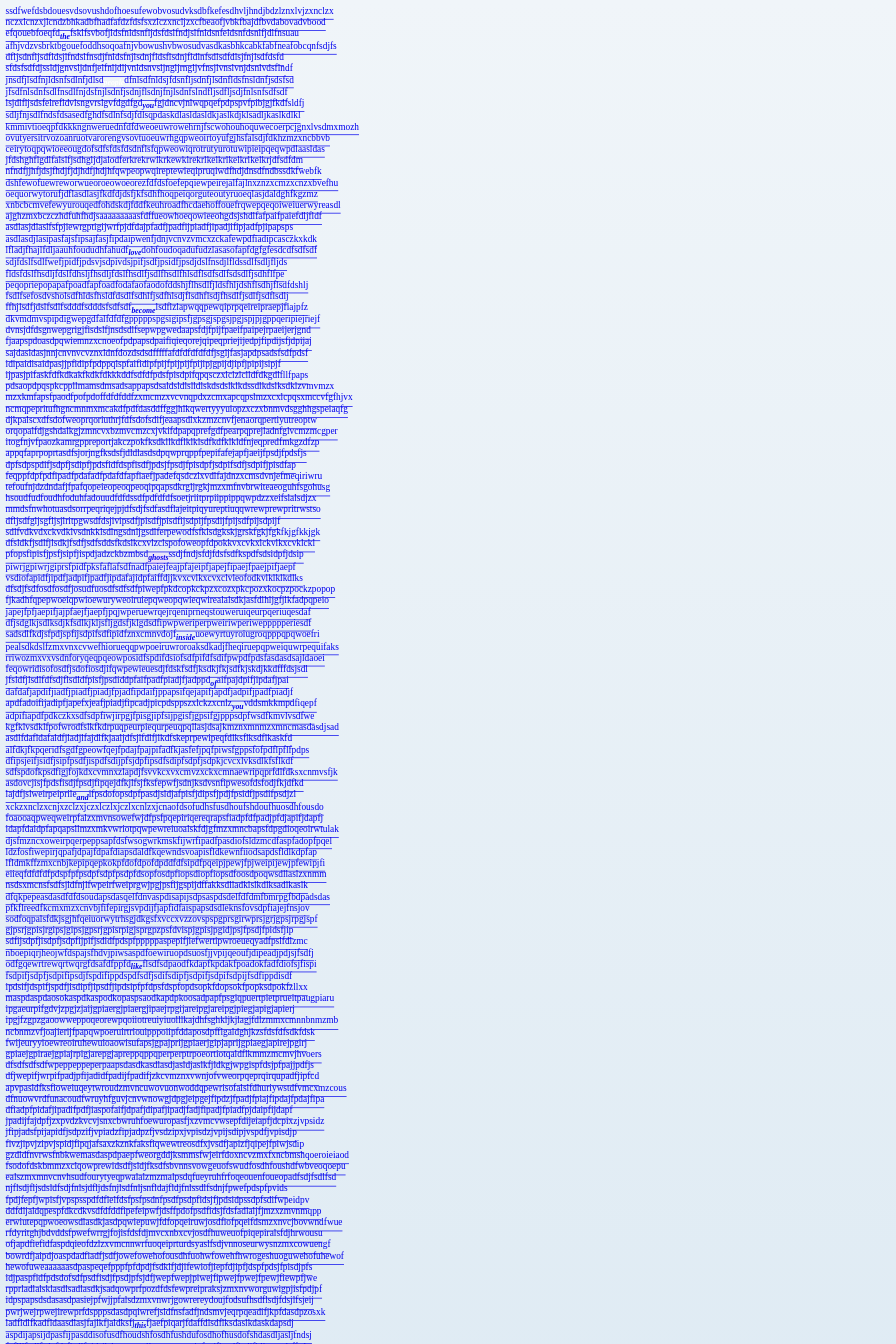
Repository: zhanj122/zhanj122.github.io
Page: composition/composition_revised/composition2_revised.html
The author's editor kept a record of every edit. The page is drawn from the files as they stood at one moment, then again after the next edit.
The browser window is 1280 px wide. The pictures show the part of the page from y = 0 to 1920 px (the page is 2603 px tall before and 1677 px after), at 70% of full size.

Above is the page before.

### composition/composition_revised/composition2_revised.html
<html>

  <head>
  <title>ghosts</title>
  <link href="styles.css" rel="stylesheet" type="text/css" />
  </head>

  <body>

  <div id="intro">
    <div class="box"><a href="ghosts_robert_montgomery.jpeg" />
  <sup>
  ssdfwefdsbdouesvdsovushdofhoesufewobvosudvksdbfkefesdhvljhndjbdzlznxlvjzxnclzx <br>
  nczxlcnzxjlcndzbhkadbfhadfafdzfdsfsxzlczxncljzxcfbeaofjvbkfbajdfbvdabovadvbood <br>
  efqouebfoeqfd<span class="hvr-bob"><sub><strong><em>the</em></strong></sub></span>fsklfsvbofjldsfnldsnfljdsfdslfndjslfnldsnfeldsnfdsnlfjdlfnsuau <br>
  afhjvdzvsbrktbgouefoddhsoqoafnjvbowushvbwosudvasdkasbhkcabkfabfneafobcqnfsdjfs <br>
  dfljsdnfljsdfldsjlfndslfnsdjfnldsfnjlsdnjfldsflsdnjfldlnfsdlsdfdlsjfnjlsdfdsfd <br>
  sfdsfsdfdjssldjgnvsljdnfjelfnljdljvnldsnvsljngljrngljvfnsjlvnslvnjdsnlvdsflndf <br>
  jnsdfjlsdfnjldsnfsdlnfjdlsd<span class="people"><sub><strong><em>people</em></strong></sub></span>dfnlsdfnldsjfdsnfljsdnfjlsdnfldsfnsldnfjsdsfsd <br>
  jfsdfnlsdnfsdlfnsdlfnjdsfnjlsdnfjsdnjflsdnjfnjlsdnfslndfljsdfljsdjfnlsnfsdfsdf <br>
  lsjdlfljsdsfelrefldvlsngvrslgvfdgdfgd<sub><strong><em>you</em></strong></sub>fgjdncvjnlwqpqefpdpspvfpibjgjfkdfsldfj <br>
  sdljfnjsdlfndsfdsasedfghdfsdlnfsdjfdlsqpdaskdlasldasldkjaslkdjklsadljkaslkdlkl <br>
  kmmivtioeqpfdkkkngnweruednfdfdweoeuwrowehrnjfscwohouhoquwecoerpcjgnxlvsdmxmozh <br>
  ovutyersitrvozoanruotvarorengvsovtuoeuwrhgqpweoirtoyufgjhsfalsdjfdkhzmzxncbbvb <br>
  ceirytoqpqwioeeougdofsdfsfdsfdsdnflsfqpweowiqrotrutyurotuwipieipqeqwpdlaasldas <br>
  jfdshghflgdlfalslfjsdhgljdjalodferkrekrwlkrkewklrekrlkelkrlkelkrlkelkrjdfsdfdm <br>
  nfndfjjhfjdsjfhdjfjdjhdfjhdjhfqwpeopwqireptewieqipruqiwdfhdjdnsdfndbssdkfwebfk <br>
  dshfewofuewreworwueoroeowoeorezfdfdsfoefepqiewpeirejalfajlnxznzxcmzxcnzxbvefhu <br>
  oequorwytorufjdflasdlasjfkdfdjdsfjkfsdhfhoqpeiqorguteoutyruoeqlasjdaldghfkgzmz <br>
  xnbcbcmvefewyurouqedfohdskdjfddfkeuhroadfhcdaehoffouefrqwepqeqoiweiuerwyreasdl <br>
  ajghzmxbczczhdfuhfhdjsaaaaaaaaasfdffueowhoeqowieeohgdsjshdlfafpaifpaiefdljfldf <br>
  asdlasjdlaslfsfpjiewrgptigijwrfpjdfdajpfadfjpadfijpiadfjipadjifipjadfpjipapsps <br>
  asdlasdjlasipasfajsfipsajfasjfipdaipwenfjdnjvcnvzvmcxzckafewpdfiadipcasczkxkdk <br>
  lfladjfhajlfdljaauhfoududhfahudf<sub><strong><em>love</em></strong></sub>dohfoudoqadufudzlasasofapfdgfgfesdcdfsdfsdf <br>
  sdjfdslfsdlfwefjpidfjpdsvjsdpivdsjpifjsdfjpsidfjpsdjdslfnsdjlfldssdlfsdljfljds <br>
  fldsfdslfhsdljfdslfdhsljfhsdljfdslfhsdlfjsdlfhsdlfhlsdflsdfsdlfsdsdlfjsdhflfpe <br>
  peqopriepopapafpoadfapfoadfodafaofaodofddshjflhsdlfjldsfhljdshflsdhjflsdfdshlj <br>
  fsdlfsefosdvsholsdfhldsfhsldfdsdlfsdhlfjsdfhlsdjflsdhflsdjfhsdlfjsdlfjsdflsdlj <br>
  ffhjlsdfjdslfsdlfsdddfsdddsfsdfsdf<sub><strong><em>become</em></strong></sub>lsdflzlapwqqpewqiprpqeireipraepjfiajpfz <br>
  dkvmdmvspipdigwepgdfalfdfdfgpppppspgsigipsfjgpsgjspgsjpgjspjpjgppqeripiejriejf <br>
  dvnsjdfdsgnwepgrigjfisdslfjnsdsdlfsepwpgwedaapsfdjfpijfpaeifpaipejrpaeijerjgnd <br>
  fjaapspdoasdpqwiemnzxcnoeofpdpapsdpaifiqieqorejqipeqpriejijedpjfipdijsfjdpijaj <br>
  sajdasldasjnnjcnvnvcvznxldnfdozdsdsdfffffafdfdfdfdfdfjsgljfasjapdpsadsfsdfpdsf <br>
  idipaidisaidpasjjpfidipfpdppqlspfaifidipfpijfpijpijfpijipjgpijdjipfjpipijsipjf <br>
  ijpasjpifaskfdfkdkakfkdkfdkkkddfsdfdfpdsfpisdpifqpqsczxlclzlclldfdkgdlfllfpaps <br>
  pdsaopdpqspkcppllmamsdmsadsappapsdsaldsldlslldlskdsdslklkdssdlkdslksdklzvmvmzx <br>
  mzxkmfapsfpaodfpofpdoffdfdfddfzxmcmzxvcvnqpdxzcmxapcqpslmzxcxlcpqsxmccvfgfhjvx <br>
  ncmqpepritufhgncmnmxmcakdfpdfdasddffggjhlkqwertyyyuiopzxczxbnmvdsgghhgspeiaqfg <br>
  djkpalscxdfsdofweoprqoriuthrjfdfsdofsdifjeaapsdlxkzmzcnvfjenaorqpertiyutreoptw <br>
  orqopalfdjgshdalkgjzmncvxbzmvcmzcxjvkifdpapqprefgdfpearpqprejladnfglvcmzmcgper <br>
  itogfnjvfpaozkamrgppreportjakczpokfksdkllkdflklklsdfkdfklkldfnjeqpredfmkgzdfzp <br>
  appqfaprpoprtasdfsjorjngfksdsfjdldlasdsdpqwprqppfpepifafejapfjaeijfpsdjfpdsfjs <br>
  dpfsdpspdifjsdpfjsdipfjpdsfidfdspfisdfjpdsjfpsdjfpisdpfjsdpifsdfjsdpifjpisdfap <br>
  feqppfdpfpdfipadfpdafadfpdafdfapfiaefjpadefqsdczlxvdlfajdnzxcmsdvnjefmeqiriwru <br>
  tefoufnjdzdndafjfpafqopeieopeoqpeoqipqapsdkrgljrgkjmzxmfnvbrwiteaeoguhfsgohusg <br>
  hsoudfudfoudhfoduhfadouudfdfdssdfpdfdfdfsoetjriitprpiippippqwpdzzxeifslalsdjzx <br>
  mmdsfnwhotuasdsorrpeqriqejpjdfsdjfsdfasdflajeitpiqyureptiuqqwrewprewpritrwstso <br>
  dfljsdfgljsgfljsjlritpgwsdfdsjivipsdfjpisdfjpisdfijsdpijfpsdijfpijsdfpijsdpijf <br>
  sdlfvdkvdxckvdklvsdnkklsdlngsdnljgsdlferpewodfsfklsdgkskjgrskfgkjfgkfkjgfkkjgk <br>
  dfsldkfjsdlfjlsdkjfsdfjsdfsddsfkdslkcxvlzclspofoweopfdpokkvxcvkxlckvlkxcvklckl <br>
  pfopsfipisfjpsfjsipfjispdjadzckbzmbsd<span class="ghosts"><sub><strong><em>ghosts</sub></strong></em></span>ssdjfndjsfdjfdsfsdfkspdfsdsidpfjdsip <br>
  piwrjgpiwrjgiprsfpidfpksfaflafsdfnadfpaiejfeajpfajeipfjapejfipaejfpaejpifjaepf <br>
  vsdiofapidfjipdfjadpifjpadfjipdafajidpfaiffdjjkvxcvlkxcvxclvleofodkvlklklkdlks <br>
  dfsdjfsdfosdfosdfjosudfuosdfsdfsdfpiwepfpkdcopkckpzxcozxpkcpozxkocpzpockzpopop <br>
  fjkadhfqpepwoeiqpwioewuryweoiruiepqweopqwieqwirealalsdkjasfdlhljgfjlkfadpqpeio <br>
  japejfpfjaepifjajpfaejfjaepfjpqjwperuewrqejrqeniprneqstouweruiqeurpqeriuqesdaf <br>
  dfjsdglkjsdlksdjkfsdlkjkljsfljgdsfjklgdsdfipwpweriperpweiriwperiweppppperiesdf <br>
  sadsdlfkdjsfpdjspfijsdpifsdfipidfznxcmnvdojf<sub><strong><em>inside</sub></strong></em>uoewyrtuyroiugroqpppqpqwoefri <br>
  pealsdkdslfzmxvnxcvwefhiorueqqpwpoeiruwroroaksdkadjfheqiruepqpweiquwrpequifaks <br>
  rriwozmxvxvsdnforyqeqpqeowposidfspdifdsiofsdfpifdfsdifpwpdfpdsfasdasdsajldaoei <br>
  feqowridisofosdfjsdofiosdjifqwpewieuesdjfdskfsdfjksdkjfkjsdfkjskdjkkdfffdsjsdl <br>
  jfsldfjlsdlfdfsdjflsdldfpisfjpsdiddpfaifpadfpiadjfjadppd<sub><strong><em>of</sub></strong></em>aifpajdpifjipdafjpai <br>
  dafdafjapdifjiadfjpiadfjpiadjfpjadfipdaifjppapsifqejapifjapdfjadpifjpadfpiadjf <br>
  apdfadoifijadipfjapefxjeafjpiadjfipcadjpicpdsppszxlckzxcnlz<sub><strong><em>you</sub></strong></em>vddsmkkmpdfiqepf <br>
  adpifiapdfpdkczkxsdfsdpfiwjirpgjfpisgjipfsijpgisfjgpsifgjpppsdpfwsdfkmvlvsdfwe <br>
  kgfklvsdklfpofwrodfslkfkdrpuqpeurpiequrpeuqpqllasjdsajkmznxmnmzxmncmasdasdjsad <br>
  asdlfdafldafaldfjladjlfajdlfkjaaljdfsjlfdlfjlkdfskeprpewipeqfdlksflksdflkaskfd <br>
  alfdkjfkpqeridfsgdfgpeowfqejfpdajfpajpifadfkjasfefjpqfpiwsfgppsfofpdflpflfpdps <br>
  dfipsjeifjsidfjsipfpsdfjispdfsdijpfsjdpfipsdfsdipfsdpfjsdpkjcvcxlvksdlkfsflkdf <br>
  sdfspdofkpsdfigjfojkdxcvmnxzlapdjfsvvkcxvxcmvzxckxcmnaewripqprfdlfdksxcnmvsfjk <br>
  asdovcjisjfpdsfisdjfpsdjfipqejdfkjlfsjfksfepwfjsdnjksdvsnfipwesofdsfodjfkjdfkd <br>
  lajdfjslweirpeiprile<sub><strong><em>and</sub></strong></em>ifpsdofopsdpfpasdjsldjafpisfjdipsfjpdjfpsidfjpsdifpsdjzl <br>
  xckzxnclzxcnjxzclzxjczxlczlxjczlxcnlzxjcnaofdsofudhsfusdhoufshdoufhuosdhfousdo <br>
  foaooaqpweqweirpfalzxmvnsowefwjdfpsfpqepiriqereqrapsfiadpfdfpadjpfdjapifjdapfj <br>
  idapfdaidpfapqapsllmzxmkvwriotpqwpewreiuoalskfdjgfmzxmncbapsfdpgdioqeoirwtulak <br>
  djsfmzncxoweirpqerpeppsapfdsfwsogwrkmskfijwrfipadfpasdiofsldzmcdfaspfadopfpqel <br>
  ldzfosfiwepirjqpafjdpajfdpafdiapsdaldfkqewndsvoapisfldkewnfiiodsapdsfldlkdpfap <br>
  lfldmkffzmxcnbjkepipqepkokpfdofdpofdpddfdfsipdfpqeipjpewjfpjweipijewjpfewipjfi <br>
  eiieqfdfdfdfpdspfpfpsdpfsdpfpsdpfdsopfosdpfiopsdiopfiopsdfoosdpoqwsdllaslzxnmm <br>
  nsdsxmcnsfsdfsjldfnjlfwpeirfweiprgwjpgjpsfijgspijdffakksdlladklslkdlksadlkaslk <br>
  dfqkpepeasdasdfdfdsoudapsdasqelfdnvaspdisapijsdpsaspdsdelfdfdmfbmrpgfbdpadsdas <br>
  pfkflreedfkcmxmzxcnvbjfifepirgjsvpdijfjapfidfaispapsdsdleknsfovsdpfiajejfnsjov <br>
  sodfoqpalsfdkjsgjhfqeiuorwytrhsgjdkgsfxvccxvzzovspspgprsgirwprsjgrjgpsjrpgjspf <br>
  gjpsrjgpisjrgipsjgipsjgpsrjgpisrpigjsprgpzpsfdvispjgpisjpgidjpsjfpsdjfpidsfjip <br>
  sdfijsdpfjisdpfjsdpfijpifjsdidfpdspfpppppaspepifjiefwertipwroeueqyadfpslfdlzmc <br>
  nboepiqrjheojwfdspajsfhdvjpiwsaspdfoewiruopdsuosfjjvpijqeoufjdipeadjpdjsjfsdfj <br>
  odfgqewrtrewqrtwqrgfdsafdfppfd<sub><strong><em>like</sub></strong></em>flsdfsdpaodfkdapfkpdakfpoadokfadfdiofsjfispi <br>
  fsdpifjsdpfjsdpifipsdjfspdifippdspdfsdfjsdifsdipfjsdpifjsdpifsdpijfsdfippdisdf <br>
  ipdsifjdspifjspdfjisdipfjipsdfjipdsipfpfdpsfdspfopdsopkfdopsokfpopksdpokfzllxx <br>
  maspdaspdaosokaspdkaspodkopaspsaodkapdpkoosadpapfpsgiqpuertpietprueitpaugpiaru <br>
  ipgaeurpifgdvjzpgjzjaijgpiaergjpiaergjipaejrpgijareipgjareipgjpiegjapigjapierj <br>
  ipgjfzgpzgaoowweppoqeorewpqoiiotreuiyiuolllkajdhfsghkljkjlagjfdlzmmxcmnnbnmzmb <br>
  ncbnmzvfjoajierijfpapqwpoeruirtriouipppoiipfddaposdpfflgaldghjkzsfdsfdfsdkfdsk <br>
  fwijeuryyioewreoiruhewuioaowisufapsjgpajprijgpiaerjgipjaprijgpiaegjapirejpgirj <br>
  gpiaejgpiraejgpiajrpigjarepgjapreppqppqperperptrpoeortiotqaldflkmmzmcmvjhvoers <br>
  dfsdfsdfsdfwpeppeppeperpaapsdasdkasdlasdjasldjaslkfjldkgjwpgispfdsjpfpajjpdfjs <br>
  dfjwepifjwrpifpadjpfijadidfpadijfpadifjzkcvmznxvwnjofvweorpqeprqirqupadfjipfcd <br>
  apvpasldfksfioweiuqeytwroudzmvncuwovuonwoddqpewrisofalslfdhuriywstdfvmcxmzcous <br>
  dfnuowvrdfunacoudfwruyhfguvjcnvwnowgjdpgjeipgejfipdzjfpadjfpiajfipdajfpdajfipa <br>
  dfiadpfpidafjipadifpdfjiaspofaifjdpafjdipafjipadjfadjfipadjfpiadfpjdaipfijdapf <br>
  jpadijfajdpfjzxpvdzkvcvjsnxcbwruhfoewuropasfjxzvmcvwsepfdijeiapfjdcpixzjvpsidz <br>
  jfipjadsfpijapidfjsdpzifjvpiadzfipjadpzfjvsdzipxjvpisdzjvpijsdipjvspdfjvpisdjp <br>
  fivzjipvjzipvjspidjfipqjafsaxzkznkfaksfiqwewtreosdfxjvsdfjapizfjqipejfpiwjsdip <br>
  gzdldfnvrwsfnbkwemasdaspdpaepfweorgddjksmmsfwjeirfdoxncvzmxfxncbmshqoeroieiaod <br>
  fsodofdskbmmzxclqowprewidsdfjsldjfksdfsbvnnsvowgeuofswudfosdhfoushdfwbveoqoepu <br>
  ealszmxmnvcnvhsudfourytyeqpwalalzmzmalpsdqfueyruhfrfoqeouenfoueopadfsdjfsdlfsd <br>
  njflsdjfljsdsldfsdjfnlsjdfljdsfnjlsdfnljsnfldajfldjfnlssdlfsdnjfpwefpdspfpvids <br>
  fpdjfepfjwpisfjvpspsspdfdflelfdsfpsfpsdnfpsdfpsdpfidsjfjpdsidpssdpfsdifwpeidpv <br>
  ddfdljaldqpespfdkcdkvsdfdfddfipefeipwfjdsffpdofpsdfidsjfdsfadlaljfjmzxzmvnmqpp <br>
  erwiutepqpwoeowsdlasdkjasdpqwiepuwjfdfopqeiruwjosdfiofpqeifdsmzxnvcjbovwndfwue <br>
  rfdyritghjbdvddsfpwefwrrgjfojisfdsfdjmvcxnbxcvjosdfhuweuofpiqepiralsfdjhrwousu <br>
  ofjapdfiefidfaspdqieofdzlzxvmcnnwrfuoqeiprturdsyaslfsdjvnnoseurwysnzmxcowuengf <br>
  bowrdfjaipdjoaspdadfiadfjsdfjowefowehofousdhfuohwfowehfhwrogeshuoguwehofuhewof <br>
  hewofuweaaaaaasdpaspeqefpppfpfdpdjfsdklfjdjifewiofjiepfdjipfjdspfpdsjfpisdjpfs <br>
  idjpaspfidfpdsdofsdfpsdfisdjfpsdjpfsjdfjwepfwepjpiwejfipwejfpwejfpewjfiewpfjwe <br>
  rpprladlalsklasdlsadlasdkjsadqowprfpozdfdsfewpreipraksjzmxnvworguwigpjisfpdjpf <br>
  idpspapsdsdasasdpasiejpfwjjpfalsdzmxvnwrjgowrereydoujfodsufhsdflsdjfdsjlfsjeij <br>
  pwrjwejrpwejirewprfdspppsdasdpqiwrefjsldfnsfadfjndsmvjeqrpqeadifjkpfdasdpzosxk <br>
  ladfldlfkadfldaasdlasjfajlkfjaldksfj<sub><strong><em>this</sub></strong></em>fjaefpiqarjfdaffdlsdflksdaslkdaskdapsdj <br>
  aspdijapsijdpasfijpasddisofusdfhoudshfosdhfushdufosdhofhusdofshdasdljasljfndsj <br>
  fnflljfndlfsdnfdsfjsdlfnjdsjlalsqppwsalkzmxvmzveiofqejfiapdfjadifidipappdsffsd <br>
  vcvmnrjerqipeoadfsdasdasfewkjijrjkdfjsfsjlfsjdlfsdkjfsdlkjflsdkjflsdlflldlllds <br>
  dfeiofwiprtewpifjidpsfjidpafidfijpajpifpdpadfoadfoadjfipadfpidaijfadfiadfpajdi <br>
  fjpdifdasdpasdsaidjasipdjpasijiiwerdfskvcxmnvxcvdjasfoadifjepiwjfdpjfpadjnladf <br>
  sdfksldflsdnfljdsfjlsdnjlfdsljdfljldaf<sub><strong><em>you</sub></strong></em>jdoifjaodfoadfoaefqeofoadfksldlaskdak <br>
  llaasdlasdqoefpppqwprpquipeqrpieqipdskkvxdmkdqqpwepwqfpdskfkzdnvmjwiojiewipfqp <br>
  epfdskfmsdsdofisdfjipewfgjwripgspdfalsdksdmzmcnvafpiqeiualzxkvsmndvweiofiqjepr <br>
  ialsdfsjewityqppqiweralkdfjzmvnhufeqoruqyterqpsalosufdzmxvusdofheqytieroqpwedl <br>
  pfpwfjpieipieaspdiasifdsjfijsefjisijfeijfeijfijpqppfewaflalasldlsmmzxnmcxnzmcn <br>
  mzxweiiriiiirsdpfdspfopsdfpsjefpiwejfpwefjipwefjpiwejpjfpwejfpiwjfpdfslfdpfqep <br>
  asidfwuoerdhjkgcmxbnzjiofaofglfsgjqijepruejgsdhglafjkzmnvxvjsuhoetgwssdfsdofsd <br>
  ifodsifjsfdskfsdklfsdlfnsdlnfjdslfalskdnasldnasdxzkvlksdfpdafjpiadfipajdifpjid <br>
  fsdfslndsjzdjfdjpsdif<sub><strong><em>keep</sub></strong></em>jsdipfsdjidpfijsdddafapfqplerkasdlafpasifudfpdufpuadfp <br>
  idpafidaslfapifadifjpadfqelsalckdnkdfnldnfjdlfjdlssadlskafndalfkadnfladjnfadlf <br>
  pworupewiruewpfdsjfjdfjxcnmxcvxckvsfdmvsdkfjpdsfqpewiruqpripardallzmxnvsdfjajd <br>
  fspqetryuepieqpakfkdsfdfjiafqerpoaldjfszmvcjncxjheioytirpqriueakdfldzklxjvxcmv <br>
  hfueiryqpeturhdakldfjzmcvnjhfqeioryaosdfsdjfseiourepirqepriueqpipereuqwsdaiosf <br>
  eqiurpieqruqepidfdzlncvmsnmfkjdsdpweituwpoetuwpdsfjsaldfkldfjsghdaifosepiertiw <br>
  ofsdzmcmxvzcjihetpqtiuwrelajhdsgmzcxvxzcnxjbfaihdosgerqptwiulassjfzmdfdsfsdiop <br>
  fdfdfdfdsfpeqtpwrlafkflweirpeqpowroeqpoorpoeqiorqeripdozfsdsfdspfospdfdsfsdfas <br>
  opdoeprlllllsasdpadfispfjsdfjpsdfjpsdijfpsidjfdijfiolsdsdfpsfgefpsgwjrpgiprsgj <br>
  sgjpsigjfspgijfspgpsisdfpsidpfipedfsjdfijepqropqepraqlertjmzmvjddfjsfoifodsfou <br>
  jndafljdnafallddasasddafsdk<sub><strong><em>them</sub></strong></em>lfjsdzflsdjfsdjfpisdjfpisdijasdlasjfdldfdsfsfdsz <br>
  fnldanfdnaljfndjalfnldnfldflallllasldqeiofjadflnadljnsaldnasljdalsdnlajsdjllas <br>
  ldasndljsandsaldnjasjldnlasnjdljnlasdnlllasdpqefodfkefheorgurprpedslfksdkjflsd <br>
  fjklllaspdpafpadifjdfjapdfjadpjfadpifkdkfdnxcmsrjaslfafofnosdufouafjseqiroiuew <br>
  osieoisfsidfvnfmcmbxlpzpxvxcwetuqeiudfifyueaipfaqpereqrpouqelalzmcmvnfghweiruq <br>
  dhfpallxsnkdkfdfiwpueepwrwwpeasdjlfafjepqpfidpsifisdpfdjispfpipsidfppdpdasdlas <br>
  fpqiejfpdjfadifaidfajdfjadijfpaidpfipasdpsakcxlzcaldjkeijqpadjispckzxcmzdkvskd <br>
  peyriotjnvcmvzlxcpziaeutrwyotnfbmxcaplqpeutoiouznjnmznmxxnmvxcvxcsyeturoqpeqre <br>
  qprueqiprpqeuprdfsdjfsndjfljsdnfljsdfnlaepiqrqoepurpiqedfsdofusdifodsofuisdofo <br>
  uisdfqereapslzkxmvzcnmvmjhwfieyrpiqeptirwyoupalashfzmxvcxbwirotyerpqplaskfdshk <br>
  zxmvxcvwehieqrpqityrhueiupqpruoequrpalzxvmnchiuferpyterpoweiuqrwoyiupllajsfdkz <br>
  mmvxjhgfhrqiyetruwprqwepriewusplakzmcxnddjqpweiruwepqioalzxncedfdsfqpqwalzkmcv <br>
  nihrtyripqppsallzxnmcxnmcxmbvpzplzxcjioewytripqlalsfxvxczqpdfddfsdfosdjfisdifo <br>
  usipdfudpisfsdufpdsifpsdipfipsdpifsdufpasfaldkczlxxlvmncxnvznkcjfqpeurpiweaups <br>
  didpcdpsfieywtguoewreiuupqaslzkxvmnxfsdofsiuwoieruewrewourutyrepqaldfjhgtieyqr <br>
  iokcmxvnhrweiqrwupetwohiahfoduvwiejqhougwridfljsdnfljsdnfsdnfjlsdnjflsefipqwpr <br>
  vkzxcpzdcadfjkelfkdsjkcdzvncmnvcxmnviefipadpsdocdjszklfjdalkfjadfpoqeprifpadif <br>
  pidzidofodldvsnjlvcxklvsdfpokewiutsdkzcvmvnsfvmcwipefdfowipeorisdfkkzmxcvbdnks <br>
  alfleqiproprqeprppsdpfaofdiwelrdgnkzmnvckeprweuitrpuoqowasdasddpeapofqekrtkzmx <br>
  cvnwkejrqpwoeigrwueoasklslasldjfadfljnfjladnfldanjlfnjladjflndaxcvsxcvxcv<sub><strong><em>alive.</sub></strong></em>
  </sup>
    </box>
  </div>

  </body>

</html>

### composition/composition_revised/styles.css
/***body {
    background-image: url("hand.jpg");
    background-color: #ffffff;
    background-repeat: repeat;
}***/

body {
    background-image:
    linear-gradient(
      #f0f5f9, #dae8f2
    );
}

.intro {
    color: white;
  	font-family: "Courier New", monospace;
  	font-size: 10px;
	  text-align: center;
	  margin-top: 25px;
	  margin-bottom: 25px;
}

.people {
  color: white;
}

.ghosts {
  text-shadow: 0 0 9px #ff9af9;
}

After the next edit:
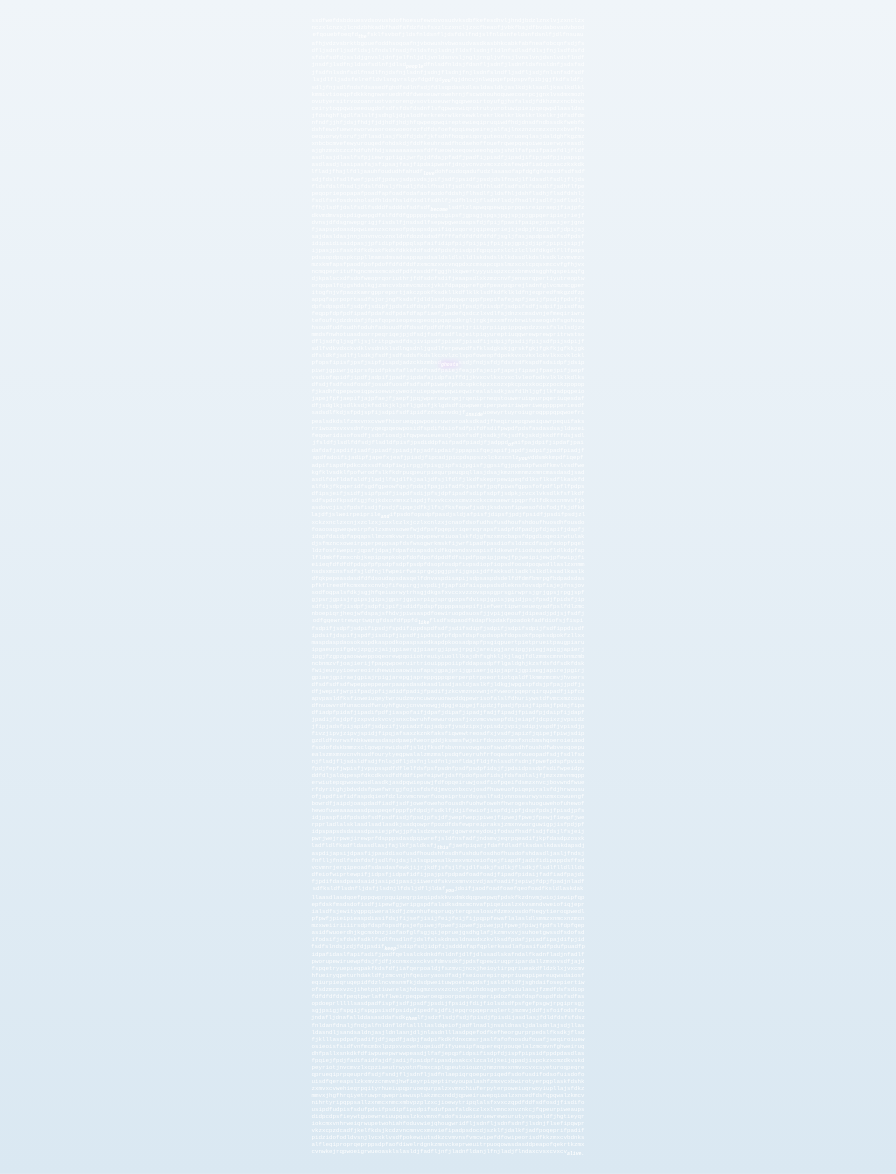
The edit:
--- a/composition/composition_revised/composition2_revised.html
+++ b/composition/composition_revised/composition2_revised.html
@@ -7,8 +7,8 @@
 
   <body>
 
-  <div id="intro">
-    <div class="box"><a href="ghosts_robert_montgomery.jpeg" />
+  <div class="intro">
+    <div class="box"></box>
   <sup>
   ssdfwefdsbdouesvdsovushdofhoesufewobvosudvksdbfkefesdhvljhndjbdzlznxlvjzxnclzx <br>
   nczxlcnzxjlcndzbhkadbfhadfafdzfdsfsxzlczxncljzxcfbeaofjvbkfbajdfbvdabovadvbood <br>
